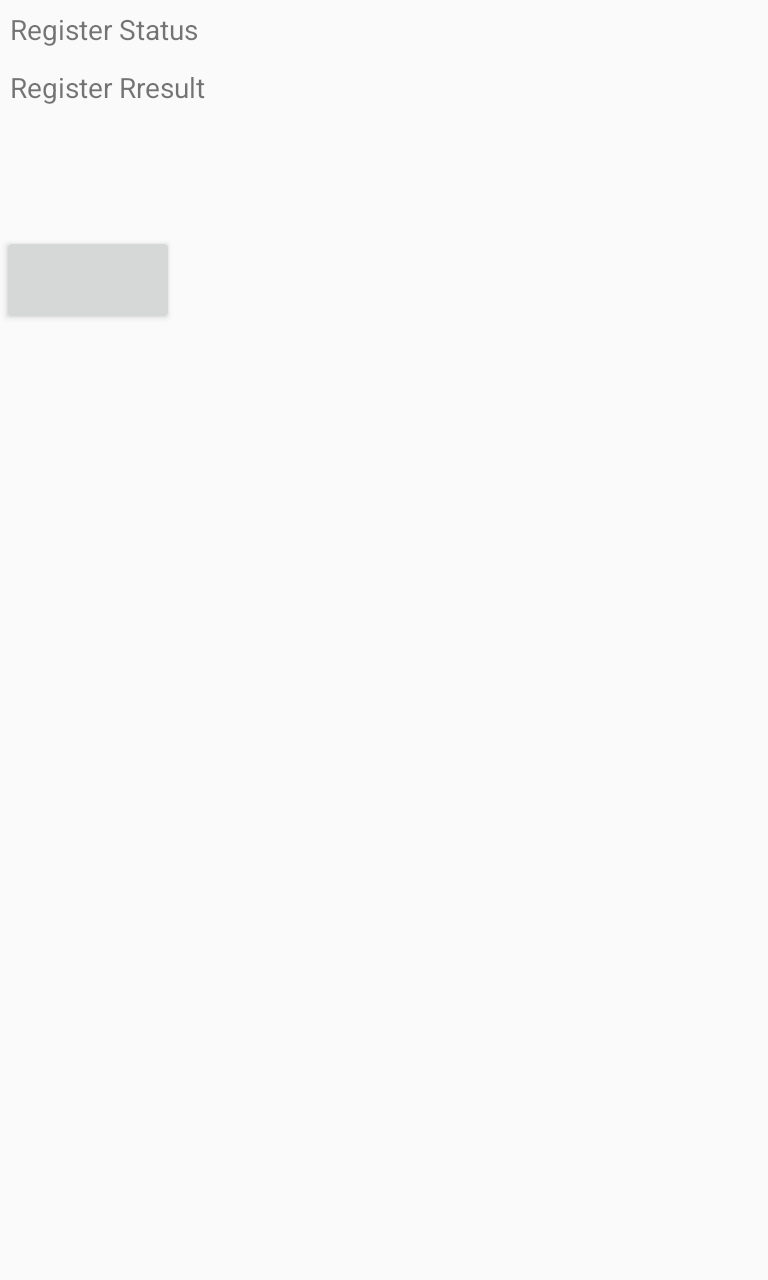
Repository: AlanTai/prjAppIntegration
Layout: prjCandyHouse/res/layout/activity_main.xml
These files come from the project's save history. The layout is drawn as it stood at one moment and after the next save; the edit follows.
It is drawn on a 768 x 1280 px phone screen (xhdpi) without system bars, with theme AppTheme; the app's code is not run.

Above is the layout before, as saved 2014-11-07 05:22:44.

After the next save:
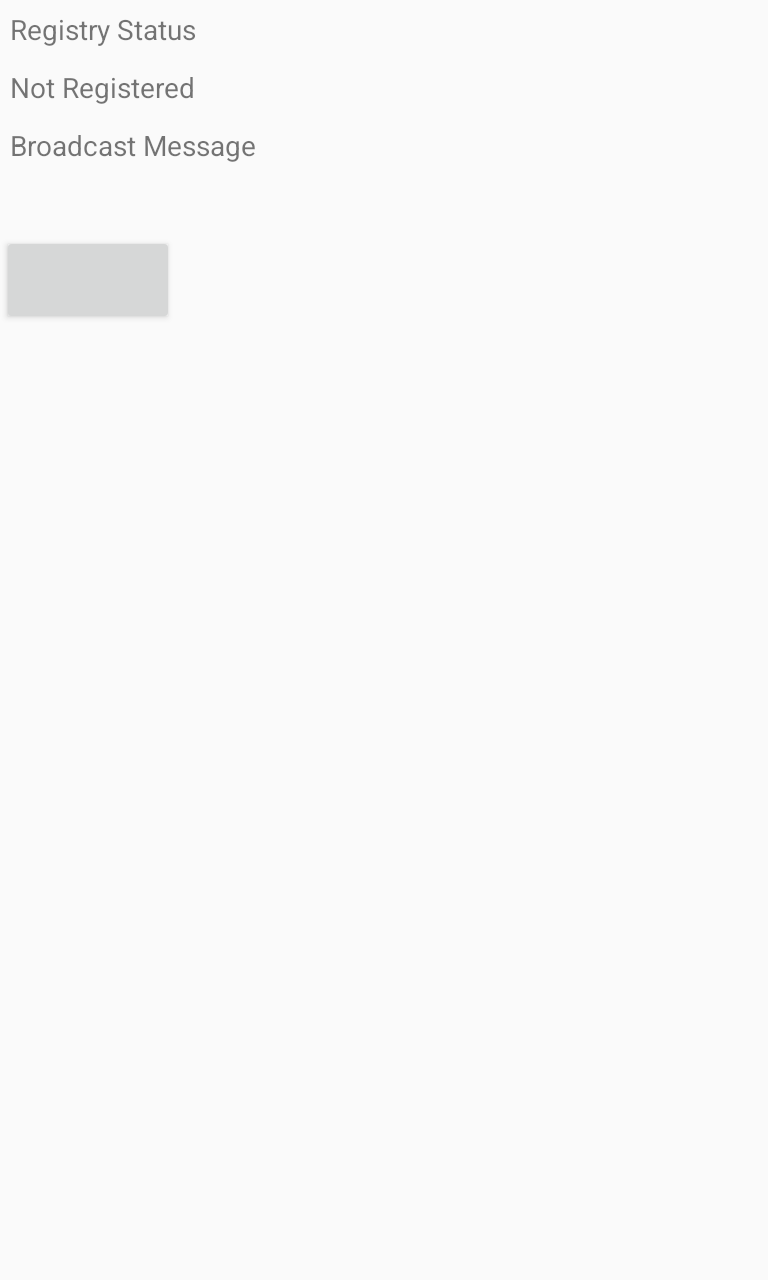
Saved 47 s later.
--- a/prjCandyHouse/res/values/strings.xml
+++ b/prjCandyHouse/res/values/strings.xml
@@ -5,9 +5,9 @@
     <string name="hello_world">Hello world!</string>
     <string name="action_settings">Settings</string>
 
-    <string name="registryStatus">Register Status</string>
-    <string name="registryStatusResult">Register Rresult</string>
-    <string name="broadcastLabel"></string>
+    <string name="registryStatus">Registry Status</string>
+    <string name="registryStatusResult">Not Registered</string>
+    <string name="broadcastLabel">Broadcast Message</string>
     <string name="broadcastResult"></string>
     <string name="btnSubmitRegId"></string>
 
